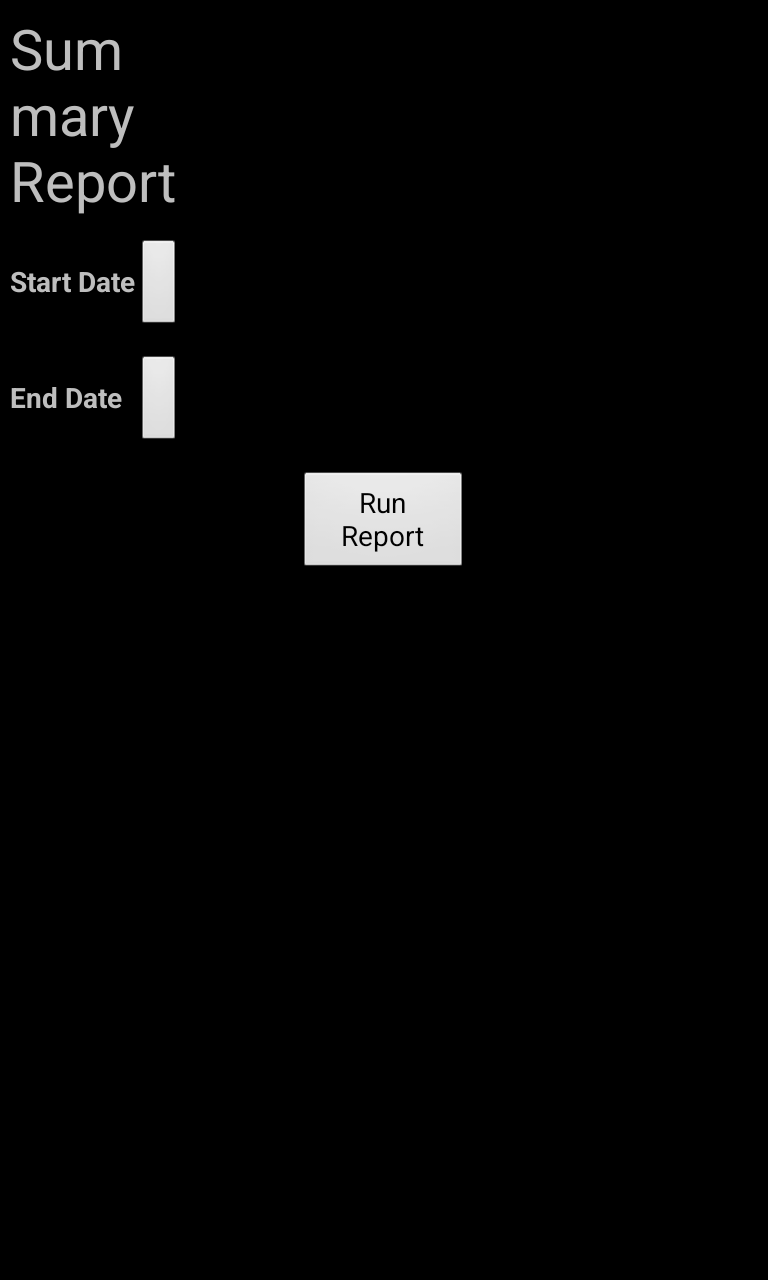
Repository: dillonyoung/CPD4493
Layout: TraCare/res/layout/summary.xml
An editor plug-in stored every save of this project. The layout is shown before and after the next save, followed by the edit.
It is drawn on a 768 x 1280 px phone screen (xhdpi) without system bars, with theme android:Theme.Black; the app's code is not run.

Above is the layout before, as saved 2013-04-10 23:22:48.

After the next save:
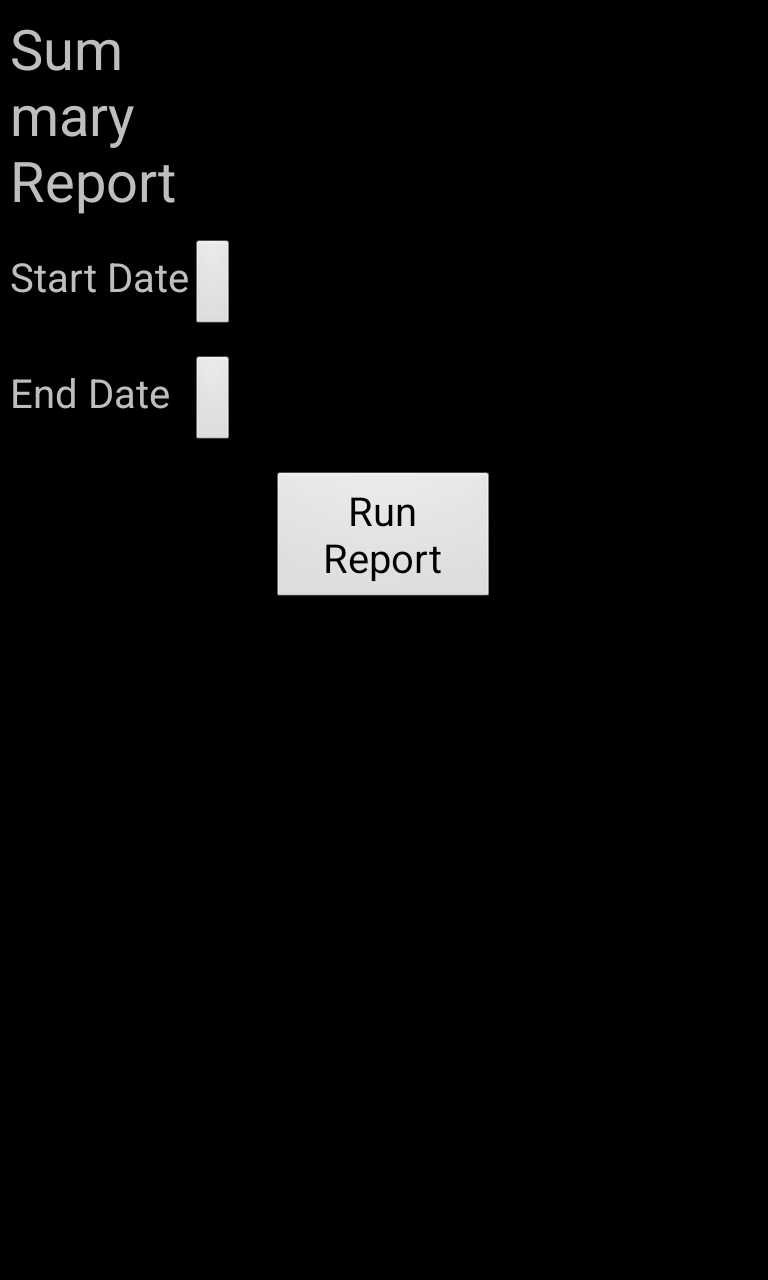
Saved 56 s later.
--- a/TraCare/res/layout/summary.xml
+++ b/TraCare/res/layout/summary.xml
@@ -36,7 +36,7 @@
                 android:layout_width="wrap_content"
                 android:layout_height="wrap_content"
                 android:text="@string/startdate"
-                android:textStyle="bold" />
+                style="@style/label" />
 
             <Button
                 android:id="@+id/btnStartDate"
@@ -57,7 +57,7 @@
                 android:layout_width="wrap_content"
                 android:layout_height="wrap_content"
                 android:text="@string/enddate"
-                android:textStyle="bold" />
+                style="@style/label" />
 
             <Button
                 android:id="@+id/btnEndDate"
@@ -80,7 +80,8 @@
                 android:layout_width="wrap_content"
                 android:layout_height="wrap_content"
                 android:layout_span="2"
-                android:text="@string/runreport" />
+                android:text="@string/runreport"
+                style="@style/button" />
         </TableRow>
     </TableLayout>
 
